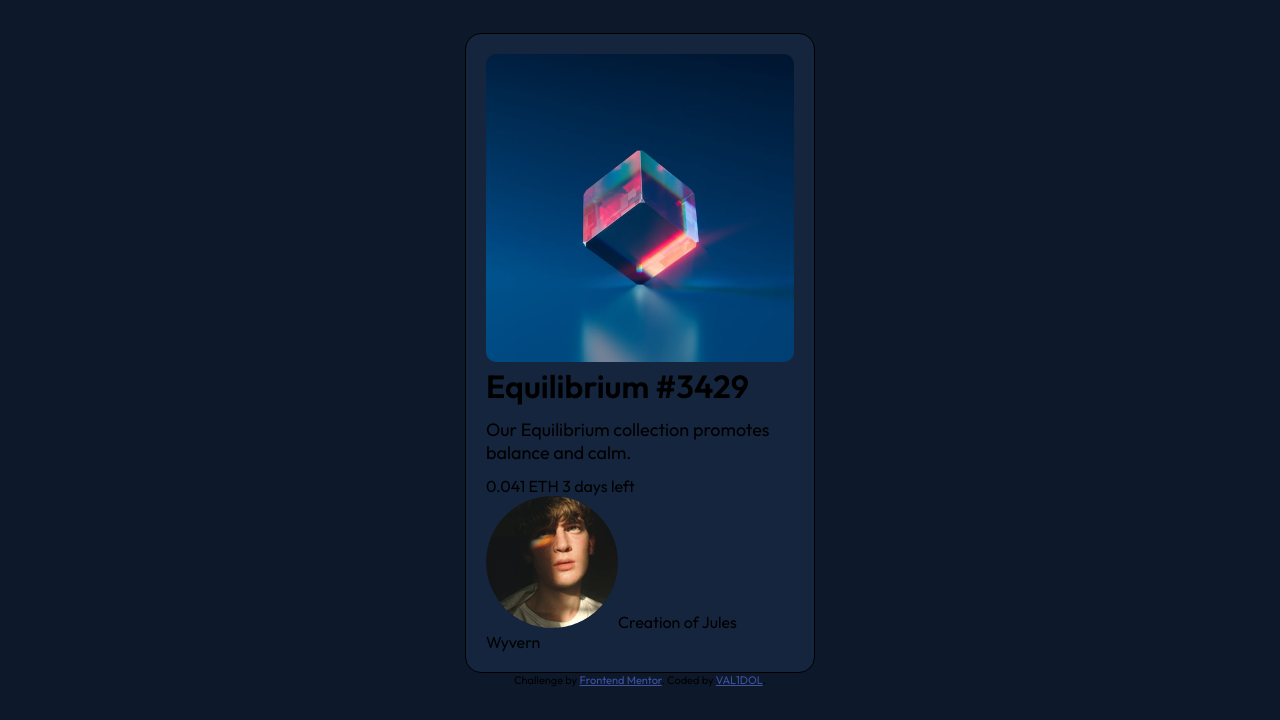
Repository: VAL1DOL-web/fm-NFT-preview-card-component
Page: index.html
An editor plug-in stored every save of this project. The page is shown before and after the next save, followed by the edit.
The browser window is 1280 px wide. The pictures show the whole page.

Above is the page before, as saved 2024-01-07 15:14:46.

After the next save:
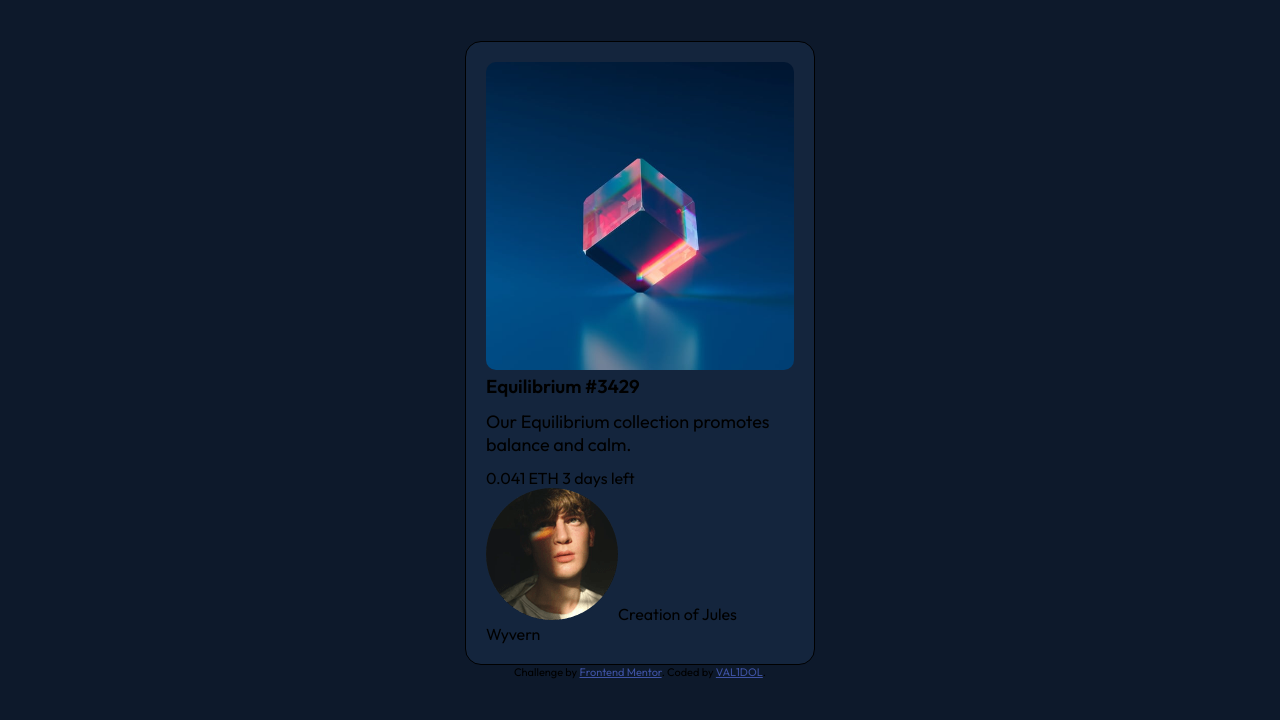
Saved 2 min 32 s later.
--- a/index.html
+++ b/index.html
@@ -21,8 +21,8 @@
       <img src="images/image-equilibrium.jpg" alt="">
     </div>
     <div class="textbox">
-      <h1>Equilibrium #3429</h1>
-    <p>Our Equilibrium collection promotes balance and calm.</p>
+      <h3>Equilibrium #3429</h3>
+      <p>Our Equilibrium collection promotes balance and calm.</p>
     0.041 ETH
     3 days left
     </div>
